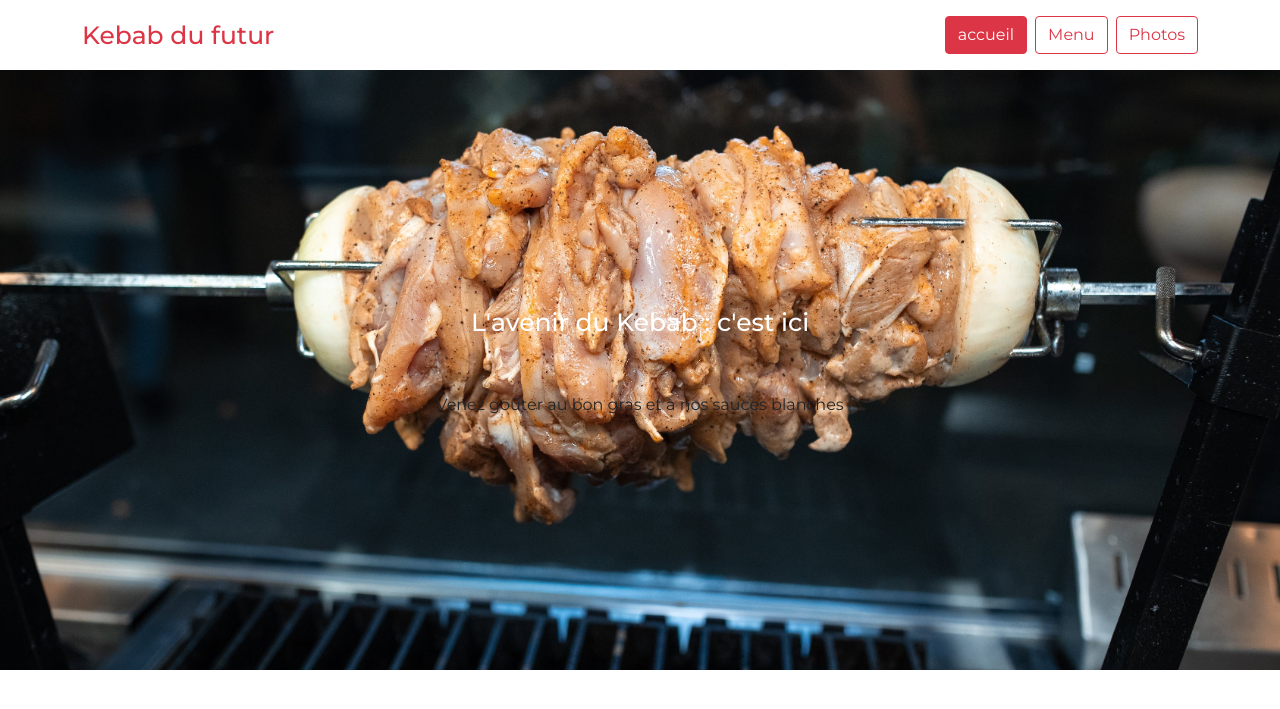
Repository: phbord/THP-js-exercices-manipulation-DOM
Page: index.html
These files come from the project's save history. The page is drawn as it stood at one moment and after a run of saves; the edit follows.
The browser window is 1280 px wide. The pictures show the whole page.

Above is the page before, as saved 2021-07-19 11:18:37.

After the next 3 saves:
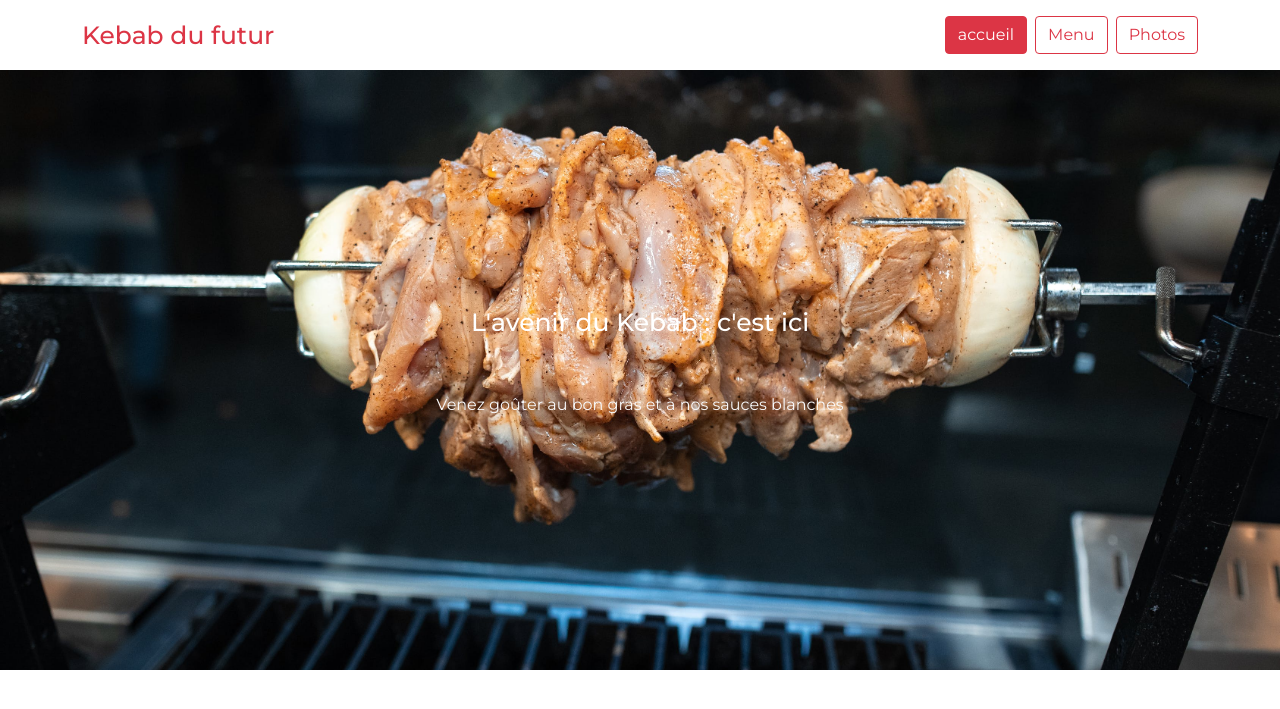
The 3 saves are shown as one change because they came seconds apart.
The last was saved 18 s later.
--- a/index.html
+++ b/index.html
@@ -33,7 +33,7 @@
         <!-- ACCUEIL -->
         <section class="home d-flex flex-column justify-content-center align-items-center p-4">
             <h2>L'avenir du Kebab : c'est ici</h2>
-            <p class="mt-5">Venez goûter au bon gras et à nos sauces blanches</p>
+            <p class="text-light mt-5">Venez goûter au bon gras et à nos sauces blanches</p>
         </section>
 
         <!-- MENU -->
